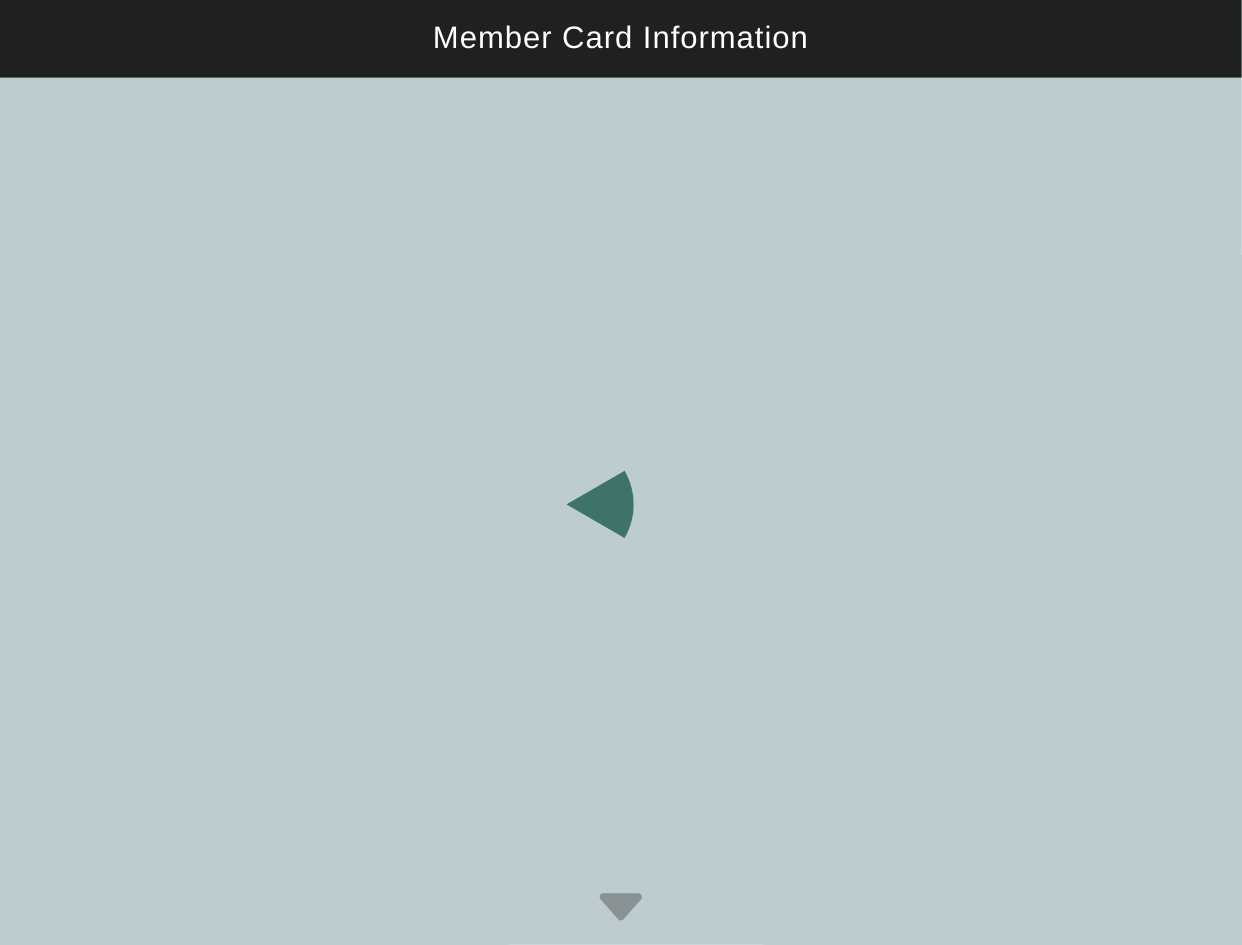
Repository: Leooook/lzhao-fed-test
Page: /
The author's editor kept a copy of each file at every save. The page is drawn from the files as they stood at one save, then again after the next save.
The browser window is 1280 px wide. The pictures show the whole page, at 97% of full size.
The page's requests for data from a server got no answer. The project was rebuilt for these pictures with package versions that can differ from the ones it lists, and the page was loaded fresh each time. No one was signed in, and anything a server would have sent is missing. Also part of the build but not shown: src/components/detail.jsx.

Above is the page before, as saved 2021-03-15 21:50:14.

After the next save:
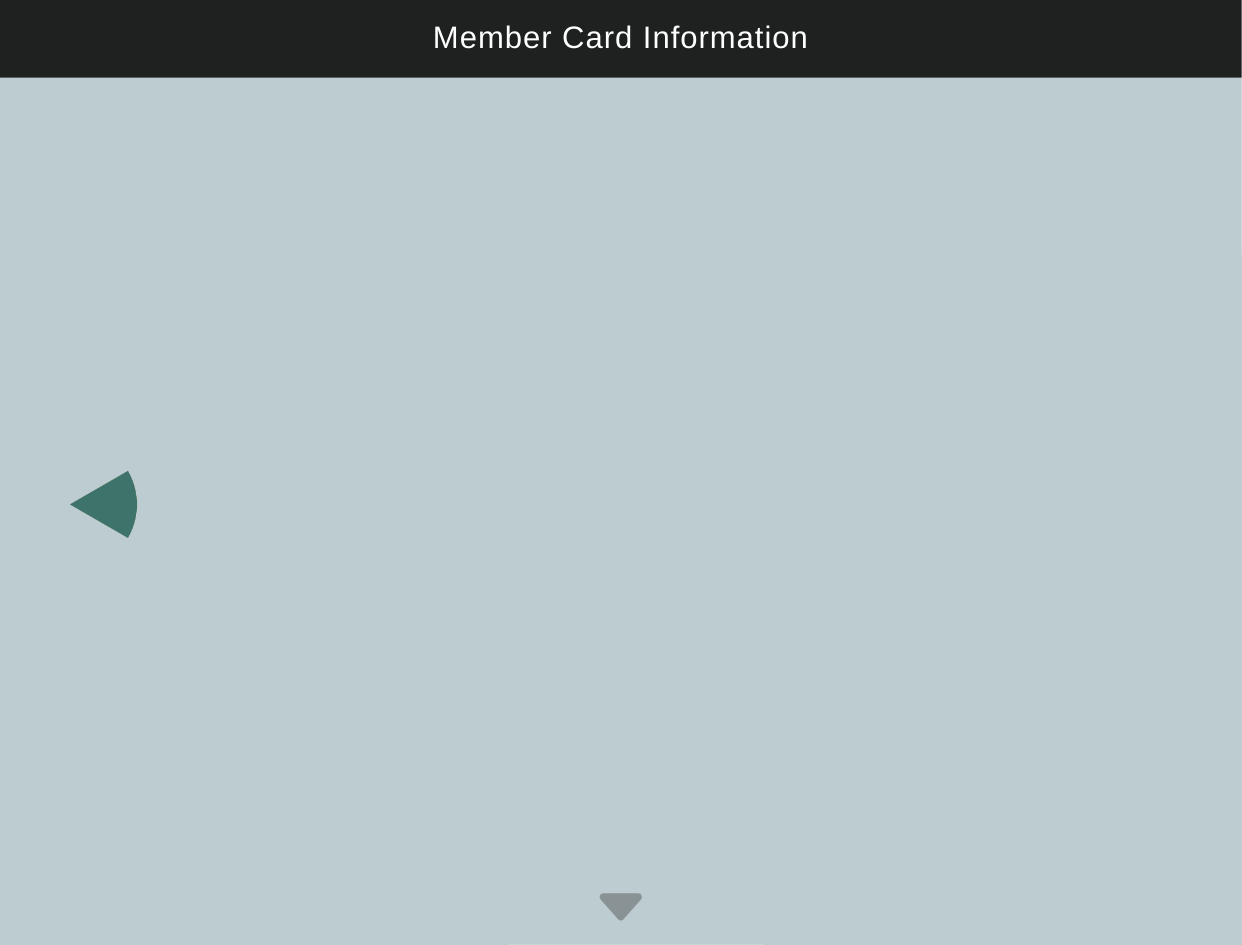
Saved 4 s later.
--- a/src/App.css
+++ b/src/App.css
@@ -68,8 +68,8 @@
 }
 .loadPic {
 	width: 20vh;
-  height: 20vh;
-	margin: 40vh 40%;
+	height: 20vh;
+	margin: 40vh auto;
 }
 /* end of loader */
 /* feature */
